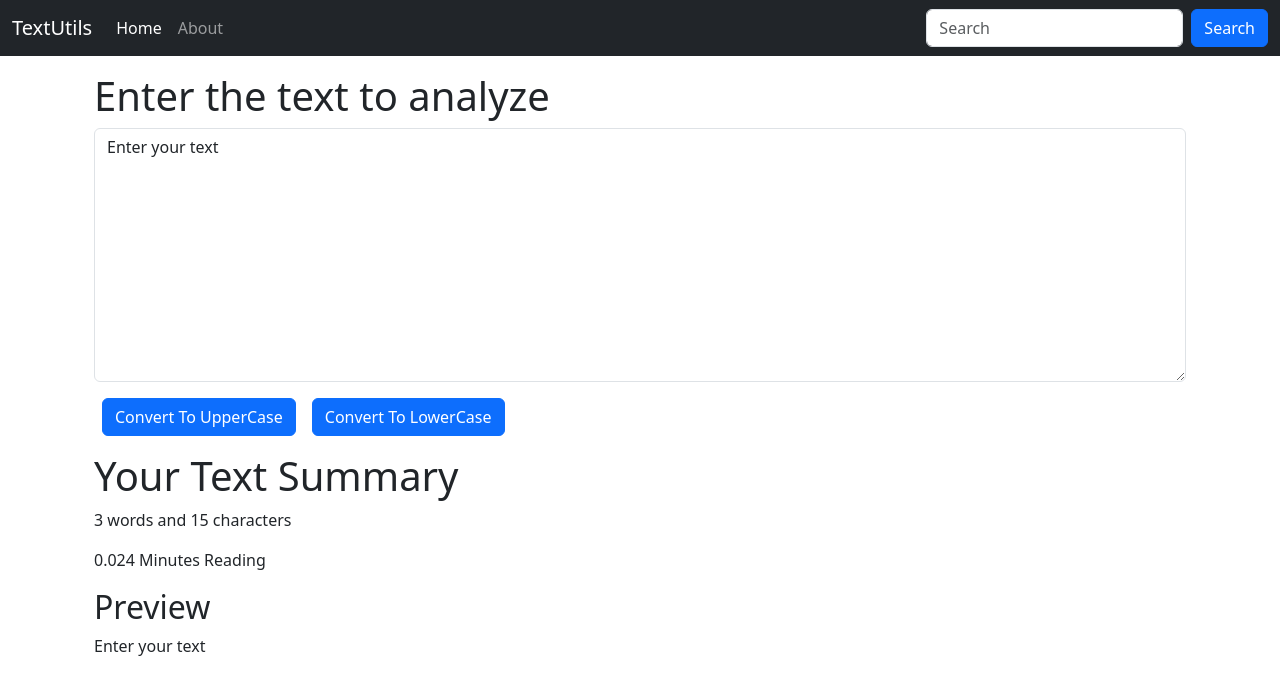
Repository: Rohit-foryou/Text-Utils
Page: /
The author's editor kept a copy of each file at every save. The page is drawn from the files as they stood at one save, then again after the next save.
The browser window is 1280 px wide. The pictures show the whole page.
The project was rebuilt for these pictures with package versions that can differ from the ones it lists, and the page was loaded fresh each time. Also part of the build but not shown: src/index.css, src/App.css.

Above is the page before, as saved 2023-12-20 21:20:13.

After the next save:
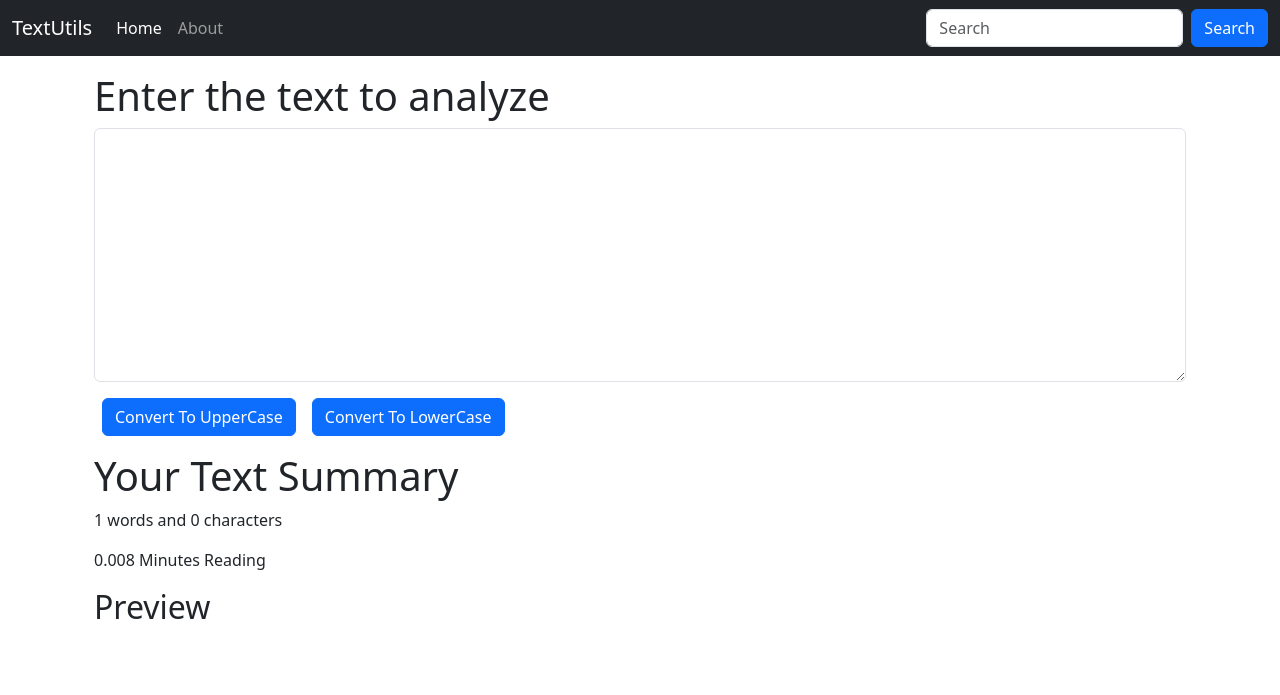
Saved 76 s later.
--- a/src/components/TextForm.js
+++ b/src/components/TextForm.js
@@ -16,7 +16,7 @@ export default function TextForm(props) {
       // console.log("On change")
       setText(event.target.value)
   }
-  const [text, setText] = useState('Enter your text');
+  const [text, setText] = useState('');
   return (
     <>
     <div className='container'>
